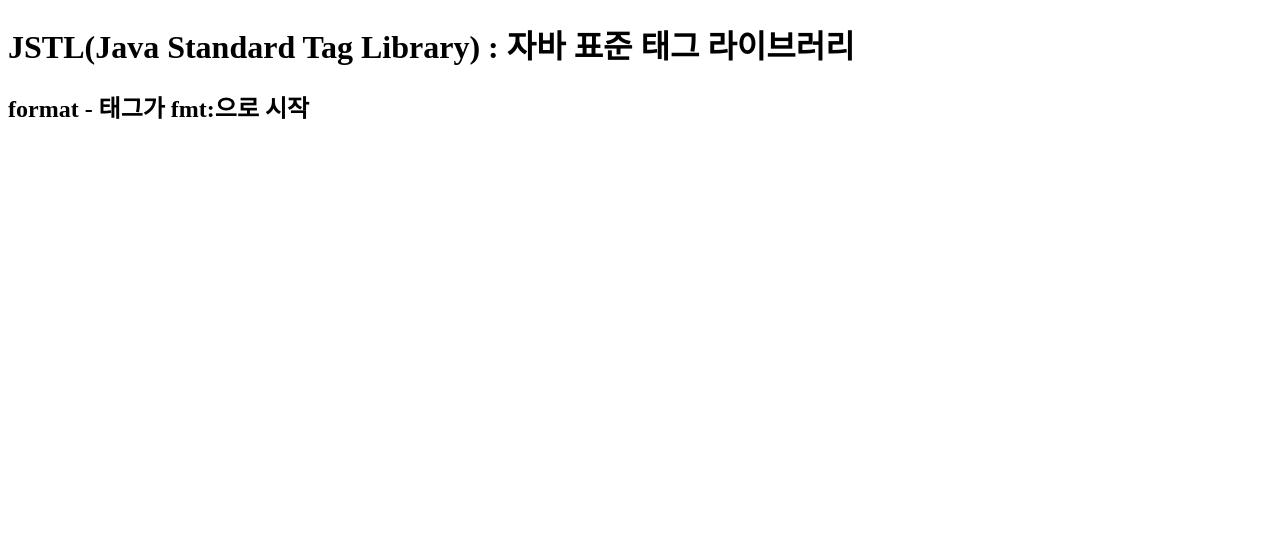
Repository: okgunyang/jsp
Page: http://localhost/practice02/12JSTL2.jsp
These files come from the project's save history. The page is drawn as it stood at one moment and after a run of saves; the edit follows.
The browser window is 1280 px wide. The pictures show the whole page.
The page is served by Tomcat 9. Other server files are loaded and not shown.

Above is the page before, as saved 2022-11-10 09:07:31.

### practice02/WebContent/12JSTL2.jsp
<%@ page language="java" contentType="text/html; charset=UTF-8"
    pageEncoding="UTF-8"%>
<%@ taglib prefix="c" uri="http://java.sun.com/jsp/jstl/core"  %>
<%@ taglib prefix="fmt" uri="http://java.sun.com/jsp/jstl/fmt" %>
<%@ page import="java.util.*, java.lang.*" %>
<%@ page import="java.text.*, java.net.InetAddress" %>
<%@ page import="com.example.*" %>
<%@ include file="common.jsp" %>
<%
	String name = "김기태";
%>
<!DOCTYPE html>
<html>
<head>
<meta charset="UTF-8">
<title>JSTL(Java Standard Tag Library)</title>
</head>
<body>
<h1>JSTL(Java Standard Tag Library) : 자바 표준 태그 라이브러리</h1>
<h2>format - 태그가 fmt:으로 시작 </h2>

</body>
</html>

### practice02/WebContent/common.jsp
<%@ page language="java" contentType="text/html; charset=UTF-8"
    pageEncoding="UTF-8"%>
<%
%>

After the next 2 saves:
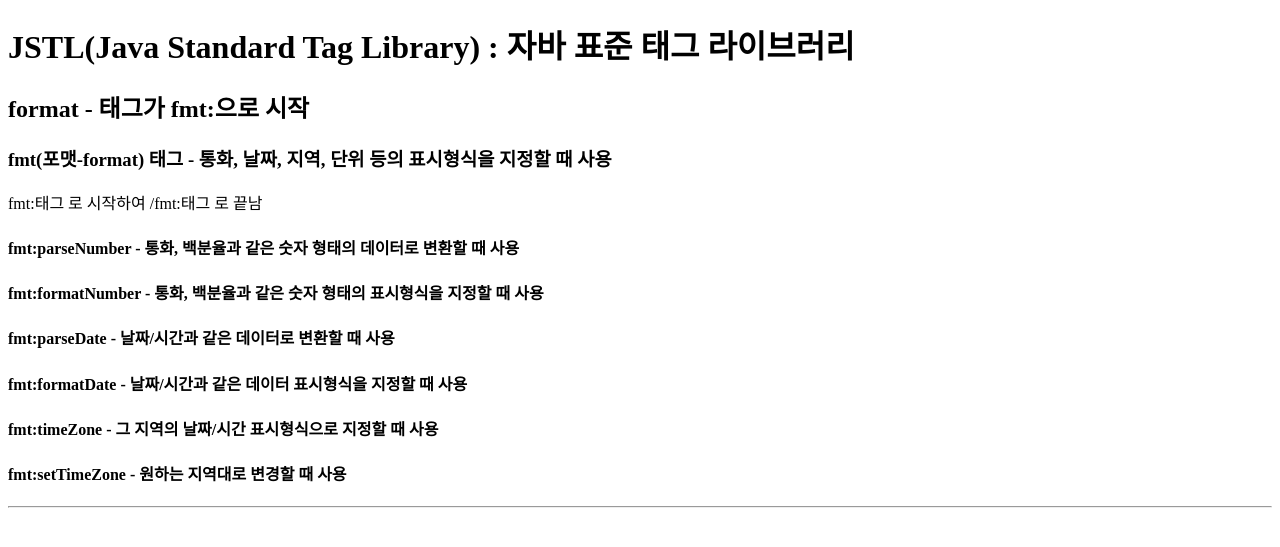
The 2 saves are shown as one change because they came seconds apart.
The last was saved 47 s later.
--- a/practice02/WebContent/12JSTL2.jsp
+++ b/practice02/WebContent/12JSTL2.jsp
@@ -18,6 +18,16 @@
 <body>
 <h1>JSTL(Java Standard Tag Library) : 자바 표준 태그 라이브러리</h1>
 <h2>format - 태그가 fmt:으로 시작 </h2>
+<h3>fmt(포맷-format) 태그 - 통화, 날짜, 지역, 단위 등의 표시형식을 지정할 때 사용</h3>
+<p>fmt:태그 로 시작하여 /fmt:태그 로 끝남</p>
+<%-- <%@ taglib prefix="fmt" uri="http://java.sun.com/jsp/jstl/fmt" %> --%>
+<h4>fmt:parseNumber - 통화, 백분율과 같은 숫자 형태의 데이터로 변환할 때 사용</h4>
+<h4>fmt:formatNumber - 통화, 백분율과 같은 숫자 형태의 표시형식을 지정할 때 사용</h4>
+<h4>fmt:parseDate - 날짜/시간과 같은 데이터로 변환할 때 사용</h4>
+<h4>fmt:formatDate - 날짜/시간과 같은 데이터 표시형식을 지정할 때 사용</h4>
+<h4>fmt:timeZone - 그 지역의 날짜/시간 표시형식으로 지정할 때 사용</h4>
+<h4>fmt:setTimeZone - 원하는 지역대로 변경할 때 사용</h4>
+<hr>
 
 </body>
 </html>
